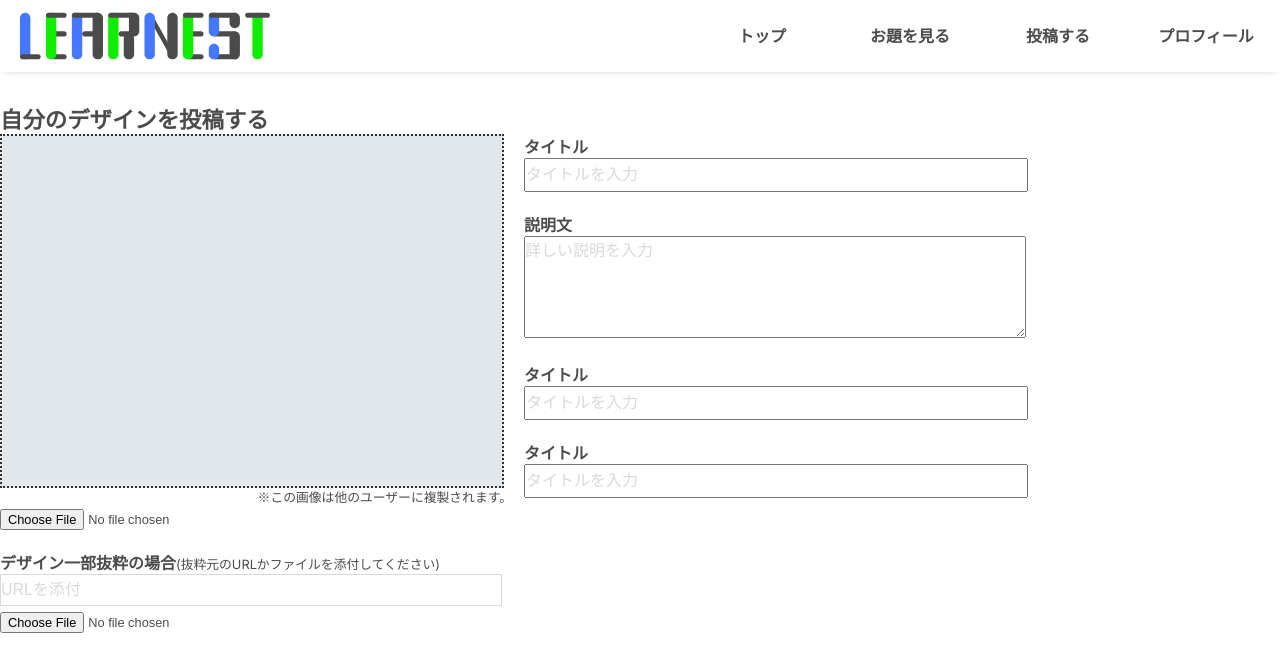
Repository: KawakamiAyaka/Learnest
Page: /inputPost
The author's editor kept a copy of each file at every save. The page is drawn from the files as they stood at one save, then again after a run of saves.
The browser window is 1280 px wide. The pictures show the whole page.
The project was rebuilt for these pictures with package versions that can differ from the ones it lists, and the page was loaded fresh each time. The framework's server and built-in components were replaced by stand-ins that run in the browser. Also part of the build but not shown: next.config.mjs.

Above is the page before, as saved 2024-07-12 11:29:29.

### src/app/layout.tsx
import type { Metadata } from "next";
import { Inter } from "next/font/google";
import "./globals.css";
import Header from "@/Components/Header/Header";


const inter = Inter({ subsets: ["latin"] });

export const metadata: Metadata = {
  title: "learnest",
  description: "Generated by create next app",
};

export default function RootLayout({
  children,
}: Readonly<{
  children: React.ReactNode;
}>) {
  return (
    <html lang="ja">
      <body className={inter.className}>
        < Header/>
        {children}
      </body>
    </html>
  );
}

### src/app/inputPost/page.tsx
import style from "@/app/inputPost/inputPost.module.scss"

export default function inputPost() {
    return (
        <>
            <main className={style.input}>
                <h2 className={style.Title}>自分のデザインを投稿する</h2>
                <div className={style.inputWrap}>
                    <div>
                        <div className={style.inputFile}>
                            <p className={style.Notes}>※この画像は他のユーザーに複製されます。</p>
                        </div>
                        <input className={style.selectFile}type="file" />
                        <div className={style.ExcerptWrap}>
                            <h3>デザイン一部抜粋の場合<span>(抜粋元のURLかファイルを添付してください)</span></h3>
                            <input className={style.inputUrl} type="url" placeholder="URLを添付" name="URL"/>
                        </div>
                            <input className={style.selectFile} type="file" />
                    </div>
                    <div>
                        <div>
                            <h3>タイトル</h3>
                            <input className={style.inputTitle} type="text" placeholder="タイトルを入力" name="title"/>
                        </div>
                        <div>
                            <h3>説明文</h3>
                            <textarea className={style.explanation}  placeholder="詳しい説明を入力" name="explanation"/>
                        </div>
                            <h3>タイトル</h3>
                            <input className={style.inputTitle} type="text" placeholder="タイトルを入力"/>
                            <h3>タイトル</h3>
                            <input className={style.inputTitle} type="text" placeholder="タイトルを入力"/>
                    </div>
                </div>
            </main>
        </>
    )
}

### src/app/globals.css
*{
  margin: 0;
  padding: 0;
  font-size: 16px;
  user-select: none;
  color: #4B4B4B;
  text-decoration: none;
}

### src/Components/Header/Header.tsx
// 'use client';
import Image from 'next/image'
import style from "@/Components/Header/Header.module.scss"
import Link from 'next/link';

export default function Header(){
    return(
        <>
            <header style={{
                        background:'white',
                        boxShadow:'0px 0px 10px -5px #777777',
                        width:'100%',
                        height:'10vh',
                        position:'fixed',
                        zIndex:'1000',
                        top:'0',
                        display:'flex',
                        alignItems:'center',
                        justifyContent:'space-between'
                    }}>
                <Image
                style={{marginLeft:'20px'}}
                src="LearnestLogo.svg"
                width={250}
                height={96}
                alt="larnestのロゴ"
                />
                <nav>
                    <ul style={{
                            display:'flex',
                            listStyleType:'none'
                        }}>
                        <li style={{
                                margin:'0 10px',
                                width:'8rem',
                                height:'2.5rem',
                                textAlign:'center',
                                lineHeight:'2.5rem'
                            }}>
                            <Link href="/"
                                style={{
                                    position:'relative',
                                    textDecoration:'none',
                                    fontWeight:'bold'
                                }}
                                className={style.Link}>トップ</Link>
                        </li>
                        <li style={{
                                margin:'0 10px',
                                width:'8rem',
                                height:'2.5rem',
                                textAlign:'center',
                                lineHeight:'2.5rem'
                            }}>
                            <Link href="/themaPost"
                                style={{
                                    position:'relative',
                                    textDecoration:'none',
                                    fontWeight:'bold'
                                }}
                                className={style.Link}>お題を見る</Link>
                        </li>
                        <li style={{
                                margin:'0 10px',
                                width:'8rem',
                                height:'2.5rem',
                                textAlign:'center',
                                lineHeight:'2.5rem'
                            }}>
                            <Link href="/inputPost"
                                style={{
                                    position:'relative',
                                    textDecoration:'none',
                                    fontWeight:'bold'
                                }}
                                className={style.Link}>投稿する</Link>
                        </li>
                        <li style={{
                                margin:'0 10px',
                                width:'8rem',
                                height:'2.5rem',
                                textAlign:'center',
                                lineHeight:'2.5rem'
                            }}>
                            <Link href="/profile"
                                style={{
                                    position:'relative',
                                    textDecoration:'none',
                                    fontWeight:'bold'
                                }}
                                className={style.Link}>プロフィール</Link>
                        </li>
                    </ul>
                </nav>
            </header>
        </>
    )
}

### src/app/inputPost/inputPost.module.scss
.input{
    margin-top: 8%;

    .Title{
        font-size: 1.4rem;
    }

    .inputWrap{
        display: flex;
        gap: 20px;

        .inputFile{
            background: #E2E7EC;
            width: 500px;
            height: 350px;
            border: dotted 2px #333;
            position: relative;
            margin-bottom: 20px;

            .Notes{
                position: absolute;
                bottom: -20px;
                right: -10px;
                font-size: 0.8rem;
            }
        }

        .selectFile{
            font-size: 0.8rem;
        }

        .ExcerptWrap{
            margin: 20px 0 5px 0;
            h3{
                span{
                    font-size: 0.8rem;
                    font-weight: normal;
                }
            }
            .inputUrl{
                width: 500px;
                height: 30px;
                border: #d9d9d9 1px solid;
            }
            .inputUrl::placeholder {
                color: #d9d9d9;
            }

            .inputUrl:focus::placeholder {
                color: transparent;
            }
        }
    }

    .inputTitle{
        width: 500px;
        height: 30px;
        margin-bottom: 20px;
    }
    .inputTitle::placeholder {
        color: #d9d9d9;
    }

    .inputTitle:focus::placeholder {
        color: transparent;
    }

    .explanation{
        width: 500px;
        height: 100px;
        margin-bottom: 20px;
    }
    .explanation::placeholder {
        color: #d9d9d9;
    }

    .explanation:focus::placeholder {
        color: transparent;
    }

}

### src/Components/Header/Header.module.scss

.Link{
    &::after{
        position: absolute;
        bottom: -5px;
        left: 0;
        content: "";
        width: 100%;
        height: 3px;
        background: #6084E7;
        // border-radius: 50vh;
        transform: scaleX(0);
        transform-origin: center top;
        transition: transform 0.3s;
    }

    &:hover::after{
        transform: scaleX(1);
        transform-origin: center top;
    }
}

After the next 2 saves:
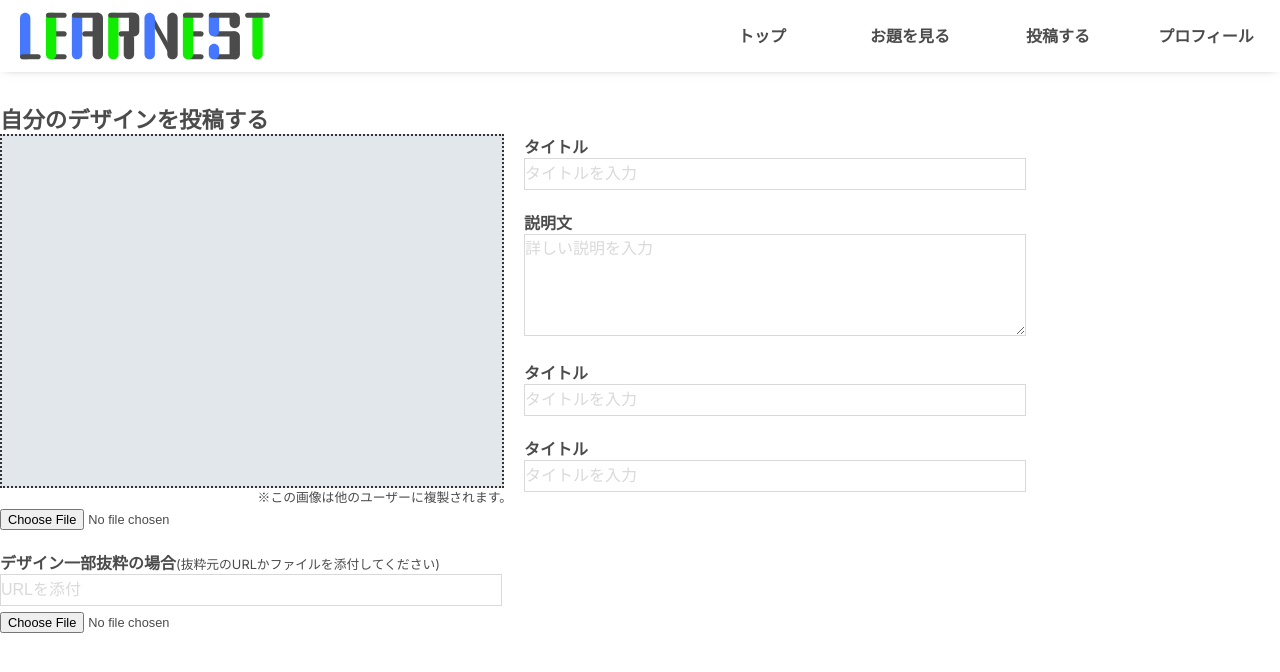
The 2 saves are shown as one change because they came seconds apart.
The last was saved 22 s later.
--- a/src/app/inputPost/inputPost.module.scss
+++ b/src/app/inputPost/inputPost.module.scss
@@ -56,6 +56,8 @@
         width: 500px;
         height: 30px;
         margin-bottom: 20px;
+        border: #d9d9d9 1px solid;
+
     }
     .inputTitle::placeholder {
         color: #d9d9d9;
@@ -69,6 +71,8 @@
         width: 500px;
         height: 100px;
         margin-bottom: 20px;
+        border: #d9d9d9 1px solid;
+
     }
     .explanation::placeholder {
         color: #d9d9d9;
